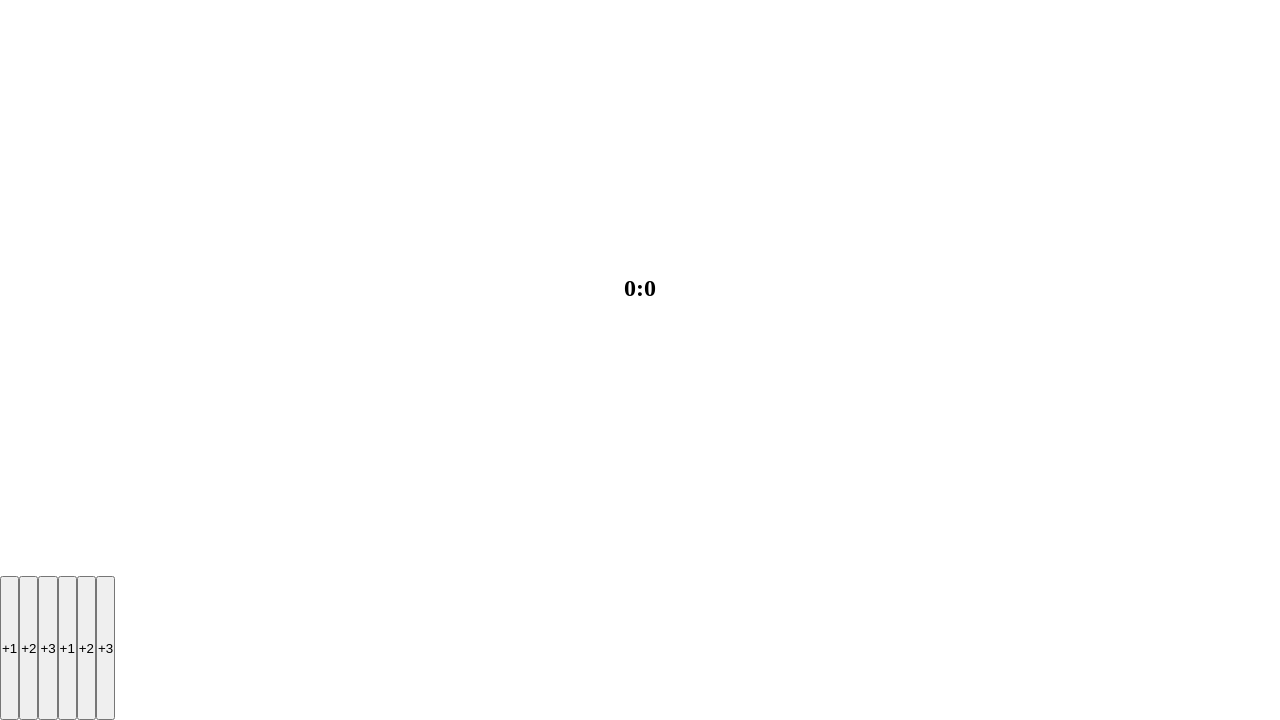
Repository: bollo89/scoreBoard
Page: index.html
These files come from the project's save history. The page is drawn as it stood at one moment and after the next save; the edit follows.
The browser window is 1280 px wide. The pictures show the whole page.

Above is the page before, as saved 2022-01-21 11:50:45.

### index.html
<!DOCTYPE html>
<html lang="en">
<head>
    <meta charset="UTF-8">
    <meta http-equiv="X-UA-Compatible" content="IE=edge">
    <meta name="viewport" content="width=device-width, initial-scale=1.0">
    <link rel="stylesheet" href="./style.css">
    <title>Document</title>
</head>
<body>
    <section class="score">
        <h1 class="home"></h1>
        <h1 class="colon">:</h1>
        <h1 class="away"></h1>
    </section>
    <section class="btns">
        <button class="btn1h">+1</button>
        <button class="btn2h">+2</button>
        <button class="btn3h">+3</button>

        <button class="btn1a">+1</button>
        <button class="btn2a">+2</button>
        <button class="btn3a">+3</button>
    </section>
<script src="./script.js"></script>
</body>
</html>

### style.css
* {
    margin: 0;
    padding: 0;
}
body {
     height: 100vh;
     width: 100vw;
}
.score {
    height: 80vh;
    display: flex;
    align-items: center;
    justify-content: center;
}
.btns {
    height: 20vh;
    width: 100vw;
    display: flex;
}
.btn1h .btn2h {
    height: 5em;
    width: 5em;

    align-items: flex-start;
    justify-content: flex-start;
}
.btn3a {

    align-items: flex-end;
    justify-content: flex-end;
}

### script.js
let home = document.querySelector('.home');
let n = 0;
home.innerHTML = n;

let away = document.querySelector('.away');
let m = 0;
away.innerHTML = m;

let btn1h = document.querySelector('.btn1h');
let btn2h = document.querySelector('.btn2h');
let btn3h = document.querySelector('.btn3h');
let btn1a = document.querySelector('.btn1a');
let btn2a = document.querySelector('.btn2a');
let btn3a = document.querySelector('.btn3a');
//punkty po lewej
function score1home() {
    n+=1;
    home.innerHTML = n;
    console.log(n);
}
function score2home() {
    n+=2;
    home.innerHTML = n;
    console.log(n);
}
function score3home() {
    n+=3;
    home.innerHTML = n;
    console.log(n);
}
//punkty po prawej
function score1away() {
    m+=1;
    away.innerHTML = m;
    console.log(m);
}
function score2away() {
    m+=2;
    away.innerHTML = m;
    console.log(m);
}
function score3away() {
    m+=3;
    away.innerHTML = m;
    console.log(m);
}

//przyciskibtn1.addEventListener('click',score1home,false);
btn1h.addEventListener('click',score1home,false);
btn2h.addEventListener('click',score2home,false);
btn3h.addEventListener('click',score3home,false);
btn1a.addEventListener('click',score1away,false);
btn2a.addEventListener('click',score2away,false);
btn3a.addEventListener('click',score3away,false);

After the next save:
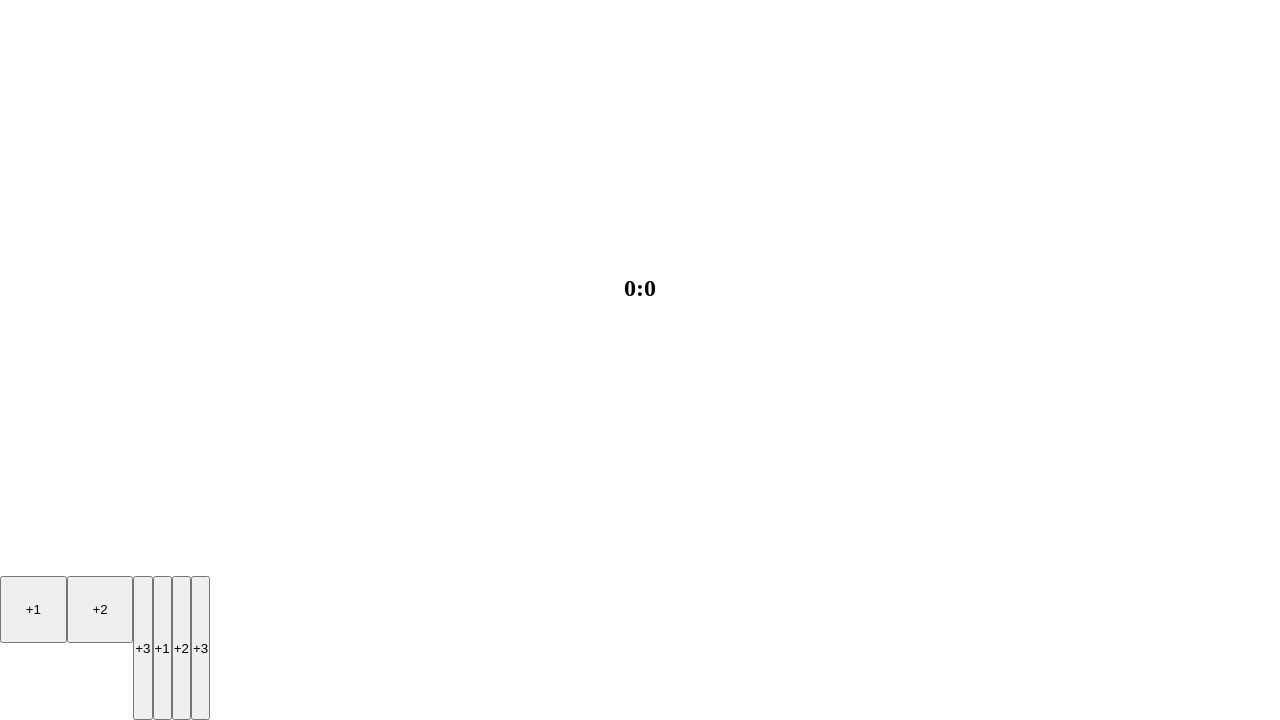
Saved 13 s later.
--- a/style.css
+++ b/style.css
@@ -17,7 +17,7 @@ body {
     width: 100vw;
     display: flex;
 }
-.btn1h .btn2h {
+.btn1h , .btn2h {
     height: 5em;
     width: 5em;
 
